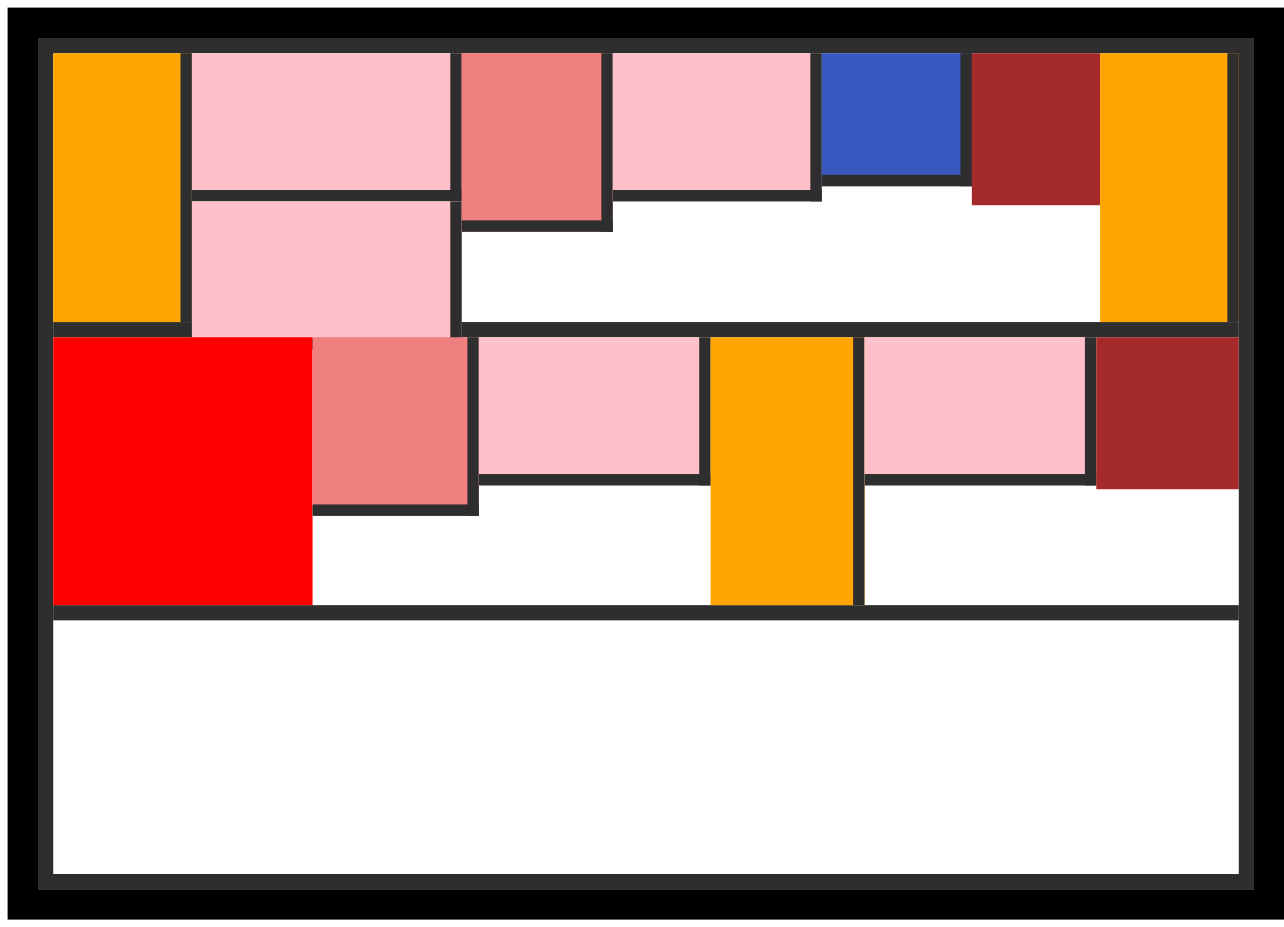
Repository: Tsardines/mondrian
Page: index.html
An editor plug-in stored every save of this project. The page is shown before and after the next save, followed by the edit.
The browser window is 1280 px wide. The page is 1352 px wide, so the pictures cover 1352 px, including what lies to the right of the window. The pictures show the whole page, at 95% of full size.
Some web fonts or font styles are not loaded; a fallback is used.

Above is the page before, as saved 2019-10-20 16:49:27.

After the next save:
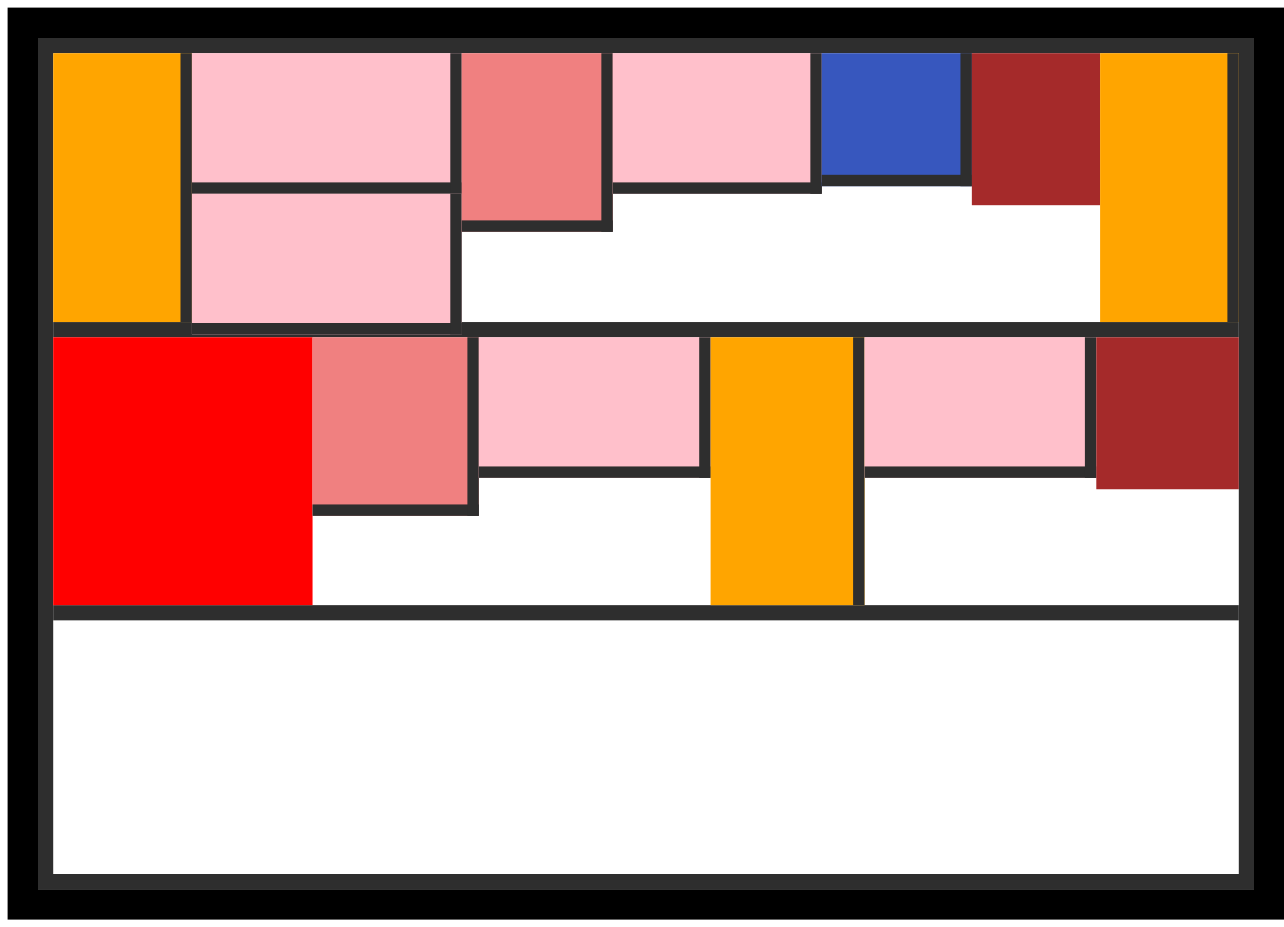
Saved 6 s later.
--- a/styles.css
+++ b/styles.css
@@ -40,7 +40,7 @@
     background-color: pink;
     border-bottom: 0.75rem solid rgb(46, 46, 46);
     border-right: 0.75rem solid rgb(46, 46, 46);
-    height: 9rem;
+    height: 8.5rem;
     width: 17rem;
 }
 
